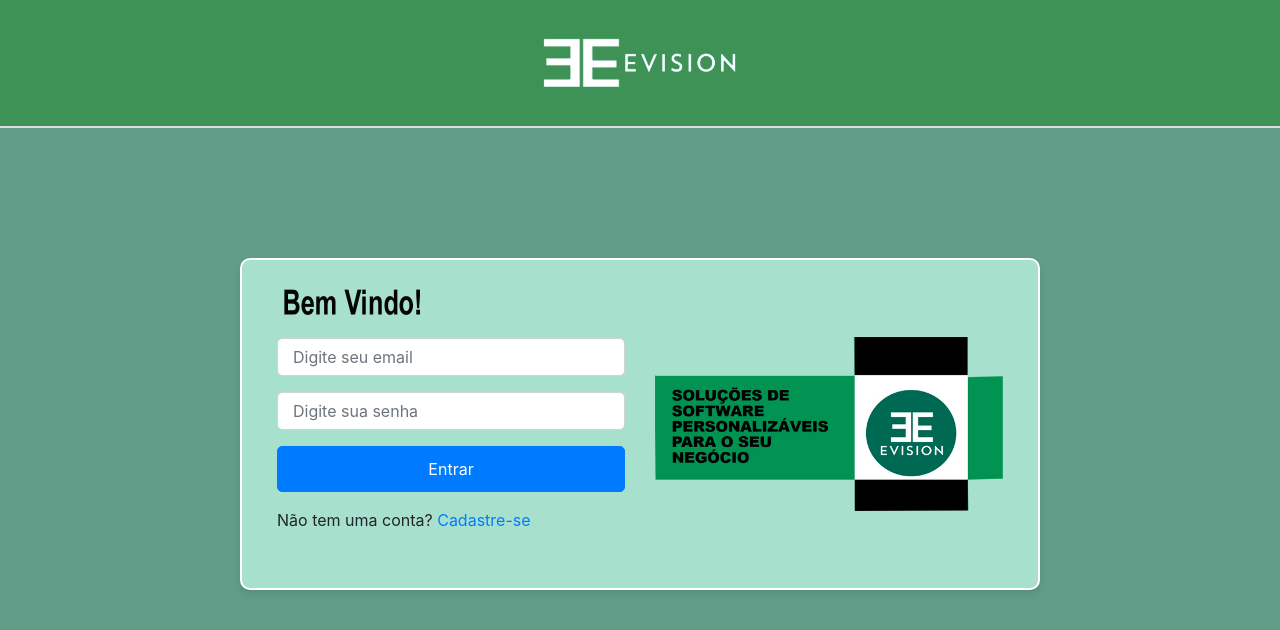
Repository: AndersonSchinemann/projetoTeste
Page: Evision/src/main/resources/static/access/templates/loginUser.html
An editor plug-in stored every save of this project. The page is shown before and after the next save, followed by the edit.
The browser window is 1280 px wide. The pictures show the whole page.
Some web libraries are served in a nearby version.

Above is the page before, as saved 2024-05-21 18:54:14.

### Evision/src/main/resources/static/access/templates/loginUser.html
<!DOCTYPE html>
<html xmlns:th="http://www.thymeleaf.org" lang="pt-br" xmlns:sec="http://www.thymeleaf.org/thymeleaf-extras-springsecurity6">
<head>
  <meta charset="UTF-8">
  <meta name="viewport" content="width=device-width, initial-scale=1.0">
  <title>Tela de Login</title>
  <link rel="stylesheet" href="https://maxcdn.bootstrapcdn.com/bootstrap/4.5.2/css/bootstrap.min.css">
  <link rel="stylesheet" href="/access/css/style.css">
  <script src="https://ajax.googleapis.com/ajax/libs/angularjs/1.8.2/angular.min.js"></script>
  <script src="/access/js/controllerLogin.js"></script>
  <style>

  </style>
</head>
<body ng-app="myLogin" ng-controller="LoginController">
  <div class="col-12 my-logo-custom">
    <div class="w-100">
      <img src="/access/img/logoTopo.png" alt="Imagem Grande" class="img-fluid custom-img-size">
    </div>
  </div>

  <div class="container">
    <div class="row box-effect">
      <!-- Formulário de Login -->
      <div class="col-12 col-md-6 my-custom-margin">
        <h2><img src="/access/img/bemVindo.png" alt="Imagem Grande" class="img-fluid custom-img-size"></h2>
        <form>
          <div class="form-group">
            <input type="email" name="email" class="form-control" id="email" ng-model="login.email" placeholder="Digite seu email">
          </div>
          <div class="form-group">
            <input type="password" name="password" class="form-control" id="password" ng-model="login.password" placeholder="Digite sua senha">
          </div>
          <button type="button" class="btn btn-primary" ng-click="acessoLogin()">Entrar</button>
        </form>
        <div class="mt-3">
          <p>Não tem uma conta? <a href="/cadastro">Cadastre-se</a></p>
        </div>
      </div>
      <!-- Imagem -->
      <div class="col-12 col-md-6 my-custom-margin-img">
        <div class="image-container">
          <img src="/access/img/logo_1.png" alt="Imagem Grande" class="img-fluid">
        </div>
      </div>
    </div>
  </div>

  <script src="https://code.jquery.com/jquery-3.5.1.slim.min.js"></script>
  <script src="https://cdn.jsdelivr.net/npm/@popperjs/core@2.5.3/dist/umd/popper.min.js"></script>
  <script src="https://stackpath.bootstrapcdn.com/bootstrap/4.5.2/js/bootstrap.min.js"></script>
</body>
</html>

### Evision/src/main/resources/static/access/css/style.css
/* Basic styles */
 body {
      display: flex;
      flex-direction: column;
      min-height: 100vh;
      background-color: #609e89;
    }
    .container {
      flex: 1;
      display: flex;
      align-items: center;
      justify-content: center;
    }
    .box-effect {
      border: 2px solid #ffff;
      border-radius: 10px;
      box-shadow: 0 4px 8px rgba(0, 0, 0, 0.1);
      padding: 20px;
      background-color: #a7e0cd;
      max-width: 800px;
      width: 100%;
    }
    .my-logo-custom {
      text-align: center;
      padding: 20px;
      background-color: #3e9256;
      border-bottom: 2px solid #ddd;
    }
    .my-logo-custom img {
      width: 200px;
      height: auto;
    }
    .custom-img-size {
      width: 150px;
      height: auto;
    }
    .my-custom-margin {
      margin-bottom: 20px;
    }
    .my-custom-margin-img {
      display: flex;
      align-items: center;
      justify-content: center;

    }
    .image-container img {
      width: 100%;
      max-width: 400px;
      height: auto;
    }
    .form-group input {
      padding: 15px;
      border-radius: 5px;
      border: 1px solid #ced4da;
    }
    .btn-primary {
      width: 100%;
      padding: 10px;
      font-size: 16px;
      border-radius: 5px;
    }

.topbar {
	position: fixed;
	top: 0;
	left: 0;
	right: 0;
	background-color: #cff7cc;
	color: #171414;
	display: flex;
	justify-content: flex-end;
	align-items: center;
	padding: 20px;
	margin-left: 20%;
	/* Ajuste o valor de acordo com a largura do seu sidebar */
	border-bottom: 1px solid #ccc;
	/* Adiciona uma linha na parte inferior */
}

.content {
	background-color: #cff7cc;
	overflow-y: auto;
	color: #171414;
	display: flex;
	justify-content: flex-end;
	align-items: center;
	padding: 20%;
	margin-left: 20%;
	/* Ajuste o valor de acordo com a largura do seu sidebar */
	border-bottom: 1px solid #ccc;
	/* Adiciona uma linha na parte inferior */
}

.topbar12,
.notifications {
	border-radius: 10%;
	width: 30px;
	height: 30px;
	background-color: #b7f4b3;
	position: relative;
	align-items: center;
	padding: 10px;
}

.topbar12,
.user {
	border-radius: 13%;
	width: 30px;
	height: 30px;
	background-color: #f9ccfe;
	position: relative;
	align-items: center;
	padding: 10px;
}

.notifications,
.user {
	margin-right: 20px;
	cursor: pointer;
	transition: color 0.3s;
}

.notification-icon,
.user-avatar {
	border-radius: 50%;
	width: 30px;
	height: 30px;
	margin-right: 10px;

}

.notification-dropdown,
.user-dropdown {
	background-color: #f4f4f4;
	display: block;
	position: absolute;
	top: 100%;
	right: 0;
	background-color: #f4f4f4;
	min-width: 120px;
	box-shadow: 0 2px 4px rgba(0, 0, 0, 0.1);
	border-radius: 10%;
	z-index: 1;
}

.notification-dropdown p,
.user-dropdown p {
	padding: 10px;
	margin: 0;
	cursor: pointer;
}

.topbar13 {
	display: inline-block;
	width: 40px;
	/* Defina o tamanho do quadrado */
	height: 40px;
	/* Defina o tamanho do quadrado */
	border: 2px solid #333;
	/* Cor e largura da borda */
	border-radius: 5px;
	/* Borda arredondada */
	overflow: hidden;
	/* Garante que os ícones não ultrapassem os limites do quadrado */
	margin-right: 10px;
	/* Espaçamento entre os ícones */
}

.flex-center {
	display: flex;
	justify-content: center;
	align-items: center;
}

.position-center {
	position: relative;
}

.position-center i {
	position: absolute;
	top: 70%;
	left: 70%;
	transform: translate(-70%, -70%);
}

.notification-badge {
	position: absolute;
	top: -5px;
	right: -5px;
}

.sidebar {
	border-radius: 3%;
	background-color: #0047;
	width: 20%;
	height: 100vh;
	top: 0;
	left: 0;
	position: fixed;
	overflow-y: auto;
}

.menu {
	list-style-type: none;
	padding: 0;
	margin: 0;
}

.nav-link {
	padding: 10px;
	cursor: pointer;
	border-bottom: 1px solid #ccc;
}

.other-info {
	padding: 10px;
}

### Evision/src/main/resources/static/access/js/controllerLogin.js
var app = angular.module('myLogin', []);

app.controller('LoginController', function($scope, $http, $window) {
    $scope.login = {};

    $scope.acessoLogin = function() {
        $http.post('/authenticate', $scope.login)
            .then(function(response) {
                console.log("Response status: " + response.status);
                console.log("ResponseAnder data: " + response.data);
                alert(response.data);

                if (response.status === 200) {
                    var token = response.data;
                    if (token) {
                        alert('Usuario Liberado.');
                        localStorage.setItem('authToken', token);
                        $http.defaults.headers.common['Authorization'] = 'Bearer ' + token;
                        $window.location.href = '/dashboard';
                    } else {
                        alert('Erro na autenticação: token não recebido.');
                        console.error('Erro: token não recebido na resposta da autenticação.');
                    }
                } else {
                    alert('Erro no login: ' + response.status);
                    console.error('Erro no login:', response.status);
                }
            })
            .catch(function(error) {
                alert("Usuario não encontrado");
                console.error('Erro ao processar a solicitação:', error);
            });
    };
});

After the next save:
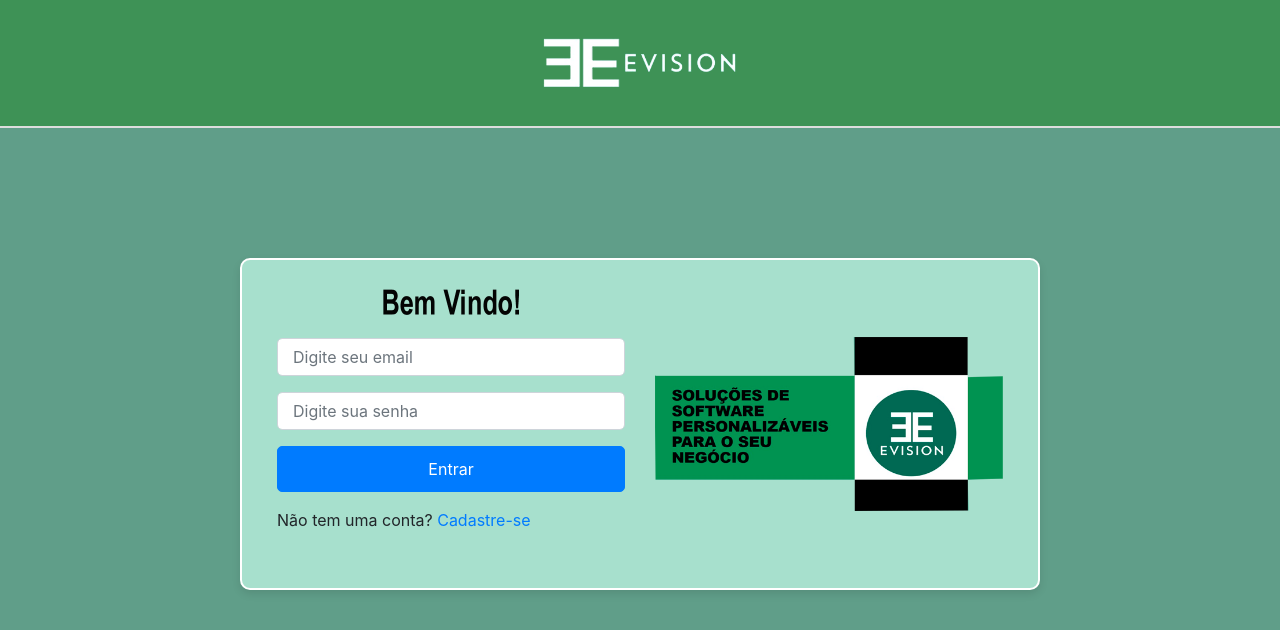
Saved 32 s later.
--- a/Evision/src/main/resources/static/access/templates/loginUser.html
+++ b/Evision/src/main/resources/static/access/templates/loginUser.html
@@ -23,7 +23,9 @@
     <div class="row box-effect">
       <!-- Formulário de Login -->
       <div class="col-12 col-md-6 my-custom-margin">
-        <h2><img src="/access/img/bemVindo.png" alt="Imagem Grande" class="img-fluid custom-img-size"></h2>
+		<h2 class="text-center d-flex align-items-center justify-content-center">
+		  <img src="/access/img/bemVindo.png" alt="Imagem Grande" class="img-fluid custom-img-size">
+		</h2>
         <form>
           <div class="form-group">
             <input type="email" name="email" class="form-control" id="email" ng-model="login.email" placeholder="Digite seu email">
